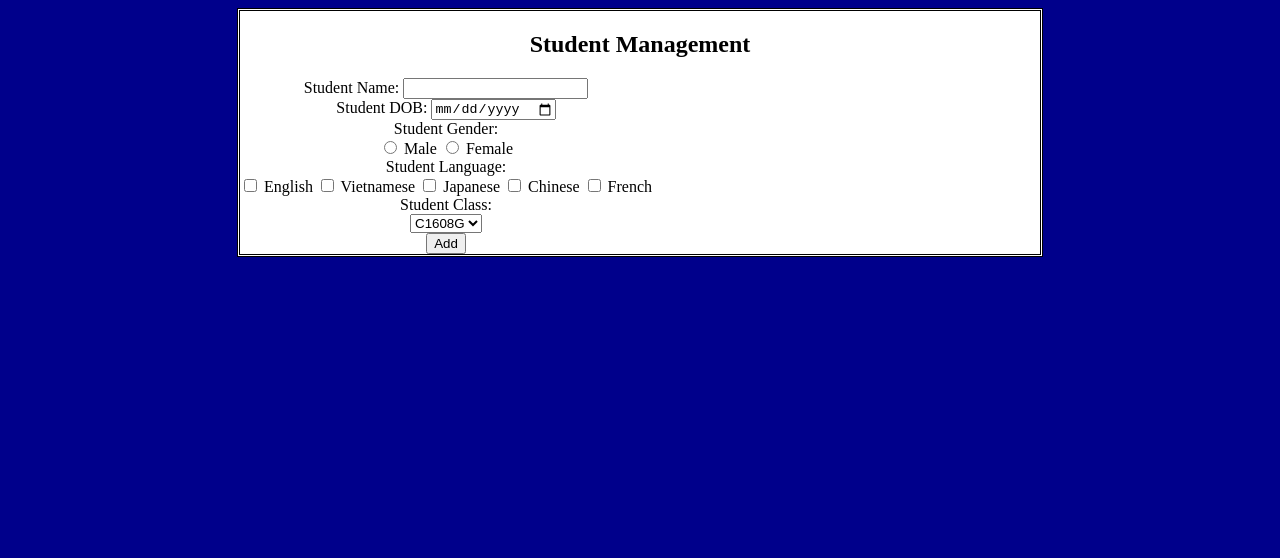
Repository: AnhDuc0125/HTML-Aptech
Page: exam/nextPage.html
These files come from the project's save history. The page is drawn as it stood at one moment and after the next save; the edit follows.
The browser window is 1280 px wide. The pictures show the whole page.

Above is the page before, as saved 2021-12-04 10:56:54.

After the next save:
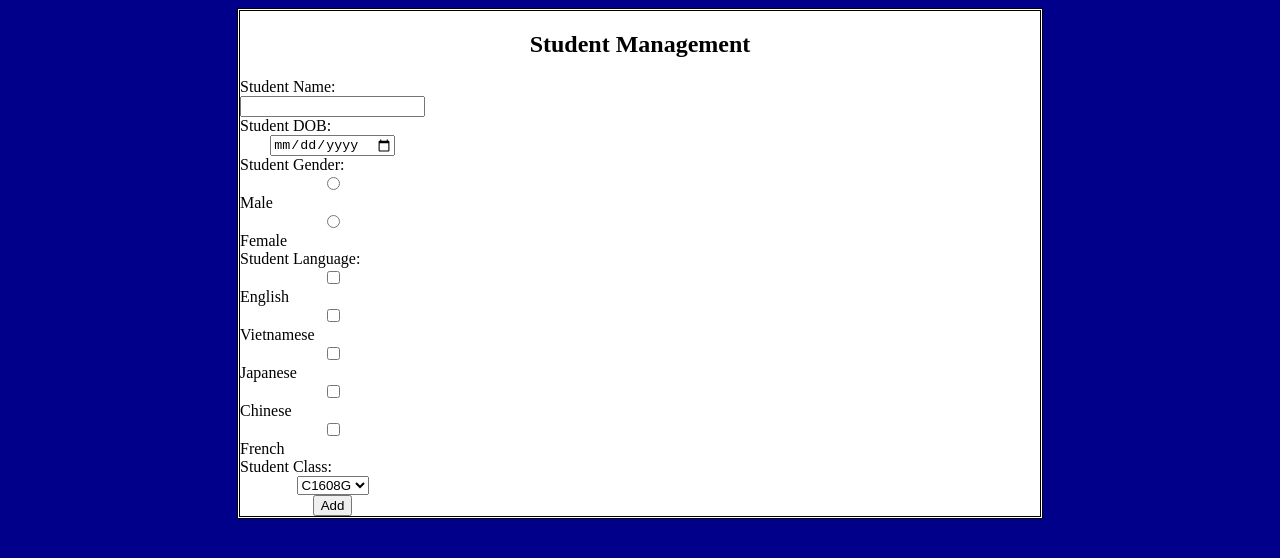
Saved 27 s later.
--- a/exam/style1.css
+++ b/exam/style1.css
@@ -13,3 +13,7 @@ body {
 form {
     display: table;
 }
+
+label , .input-container {
+    display: table-row;
+}

After the 2 saves that followed:
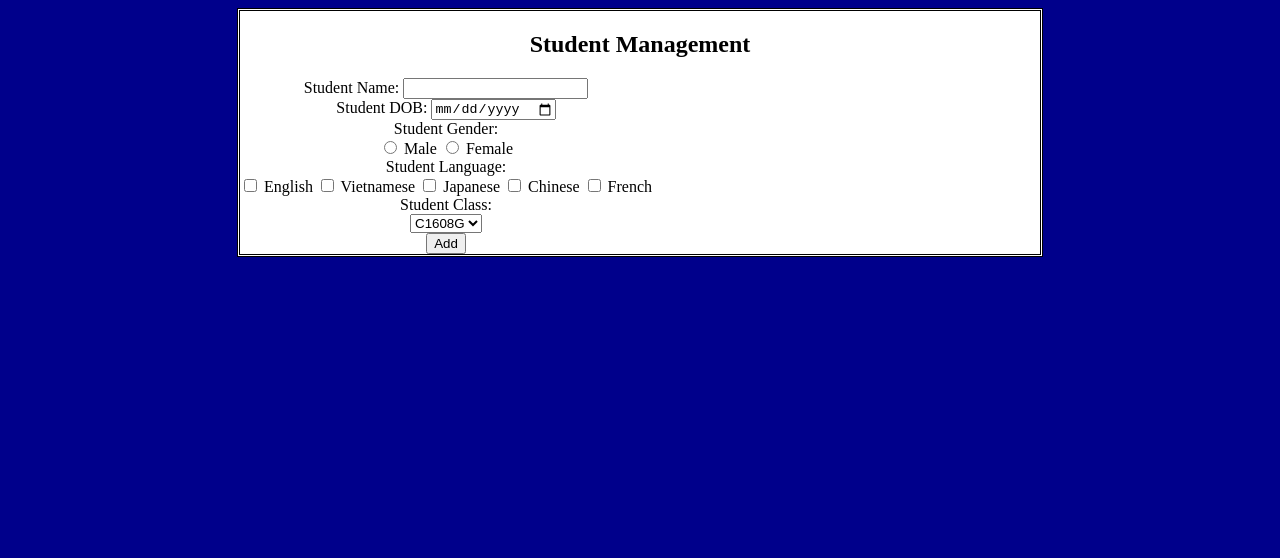
The 2 saves are shown as one change because 1 left the picture as it was.
The last was saved 73 s later.
--- a/exam/style1.css
+++ b/exam/style1.css
@@ -14,6 +14,6 @@ form {
     display: table;
 }
 
-label , .input-container {
-    display: table-row;
+.input-container {
+    display: inline-block;
 }
